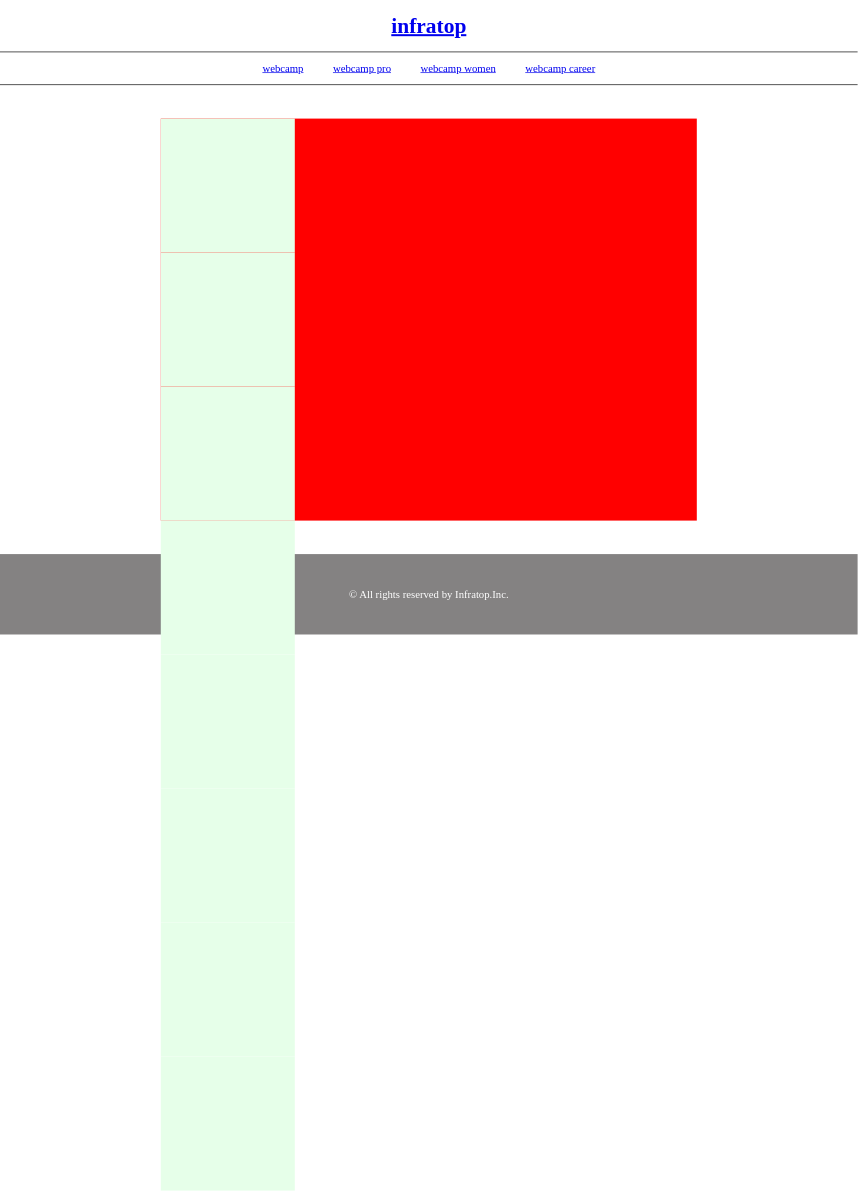
Repository: CarAll02/git-practice
Page: chapter5_exercise/index.html
The author's editor kept a record of every edit. The page is drawn from the files as they stood at one moment, then again after the next edit.
The browser window is 1280 px wide. The pictures show the whole page, at 67% of full size.

Above is the page before.

### chapter5_exercise/index.html
<!DOCTYPE html>
<html lang="ja">
  <head>
    <meta charset="UTF-8"/>
    <link rel="stylesheet" href="style.css"/>
    <title>chapter5_exercise</title>
  </head>

  <body>
    <!--header-->
    <header>
      <h1 class="heading">
        <a href="index.html">
          infratop
        </a>
      </h1>
    </header>

    <!--navigation-->
    <nav>
      <ul class="nav-list">
        <li class="nav-list-item">
          <a href="index.html">webcamp</a>
        </li>
        <li class="nav-list-item">
          <a href="index.html">webcamp pro</a>
        </li>
        <li class="nav-list-item">
          <a href="index.html">webcamp women</a>
        </li>
        <li class="nav-list-item">
          <a href="index.html">webcamp career</a>
        </li>
      </ul>
    </nav>

    <!--main用のdiv-->
    <div class="main">
      <div class="box">
        <div class="green1"></div>
        <div class="green2"></div>
        <div class="green3"></div>
        <div class="green4"></div>
        <div class="yellow1"></div>
        <div class="yellow2"></div>
        <div class="yellow3"></div>
        <div class="yellow4"></div>
        <div class="blue1"></div>
        <div class="blue2"></div>
        <div class="blue3"></div>
        <div class="blue4"></div>
      </div>
    </div>

    <!--footer-->
    <footer>
      <p class="footer-text">© All rights reserved by Infratop.Inc.</p>
    </footer>
  </body>
</html>

### chapter5_exercise/style.css
/*ブラウザがそれぞれ持っているCSSをリセットするための記述*/
* {
  margin:0;
  padding:0;
  box-sizing:border-box;
}

header{
  width:90%;
  padding:20px 0;
  margin:0 auto;
  text-align: center;
}

.nav-list{
  text-align: center;
  padding:15px 0;
  margin:0 auto;
  border:solid black;
  border-top-width: 1px;
  border-bottom-width: 1px;
  border-left-width:0px;
  border-right-width: 0px;
}

.nav-list-item{
  list-style: none;
  display: inline-block;
  margin:0 20px;
}

.main{
  width: 100%;
  height: 700px;
  display:flex;/*Flexboxの利用*/
  justify-content:center;/*子要素の横並び・中央寄せ*/
  padding:50px 0;
  margin:0 auto;/*中央寄せ（左右に余白が無いと出来ない)*/
}

.box{
  width: 800px;
  height: 600px;
  background-color: red;
}

.green1{
  width:200px;
  height: 200px;
  background-color: #e6ffe9;
}

.green2{
  width:200px;
  height: 200px;
  background-color: #e6ffe9;
}

.green3{
  width:200px;
  height: 200px;
  background-color: #e6ffe9;
}

.green4{
  width:200px;
  height: 200px;
  background-color: #e6ffe9;
}

.yellow1{
  width:200px;
  height: 200px;
  background-color: #e6ffe9;
}

.yellow2{
  width:200px;
  height: 200px;
  background-color: #e6ffe9;
}

.yellow3{
  width:200px;
  height: 200px;
  background-color: #e6ffe9;
}

.yellow4{
  width:200px;
  height: 200px;
  background-color: #e6ffe9;
}

footer{
  width:100%;
  height:120px;
  text-align: center;
  line-height: 120px;
  background-color: #848282;
}

.footer-text{
  color:#fff;
}

After the next edit:
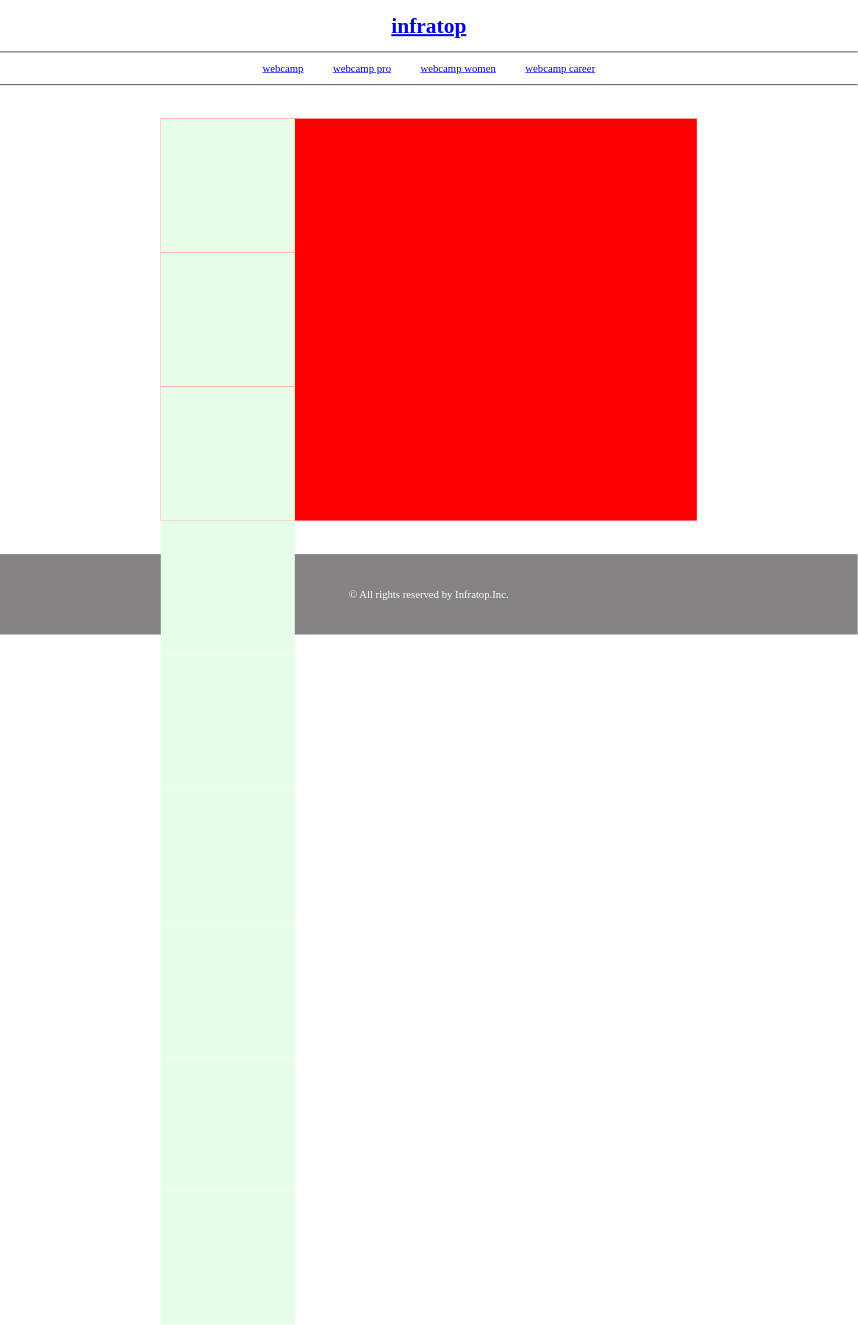
The edit:
--- a/chapter5_exercise/style.css
+++ b/chapter5_exercise/style.css
@@ -92,6 +92,13 @@
   background-color: #e6ffe9;
 }
 
+.blue1{
+  width:200px;
+  height: 200px;
+  background-color: #e6ffe9;
+}
+
+
 footer{
   width:100%;
   height:120px;
